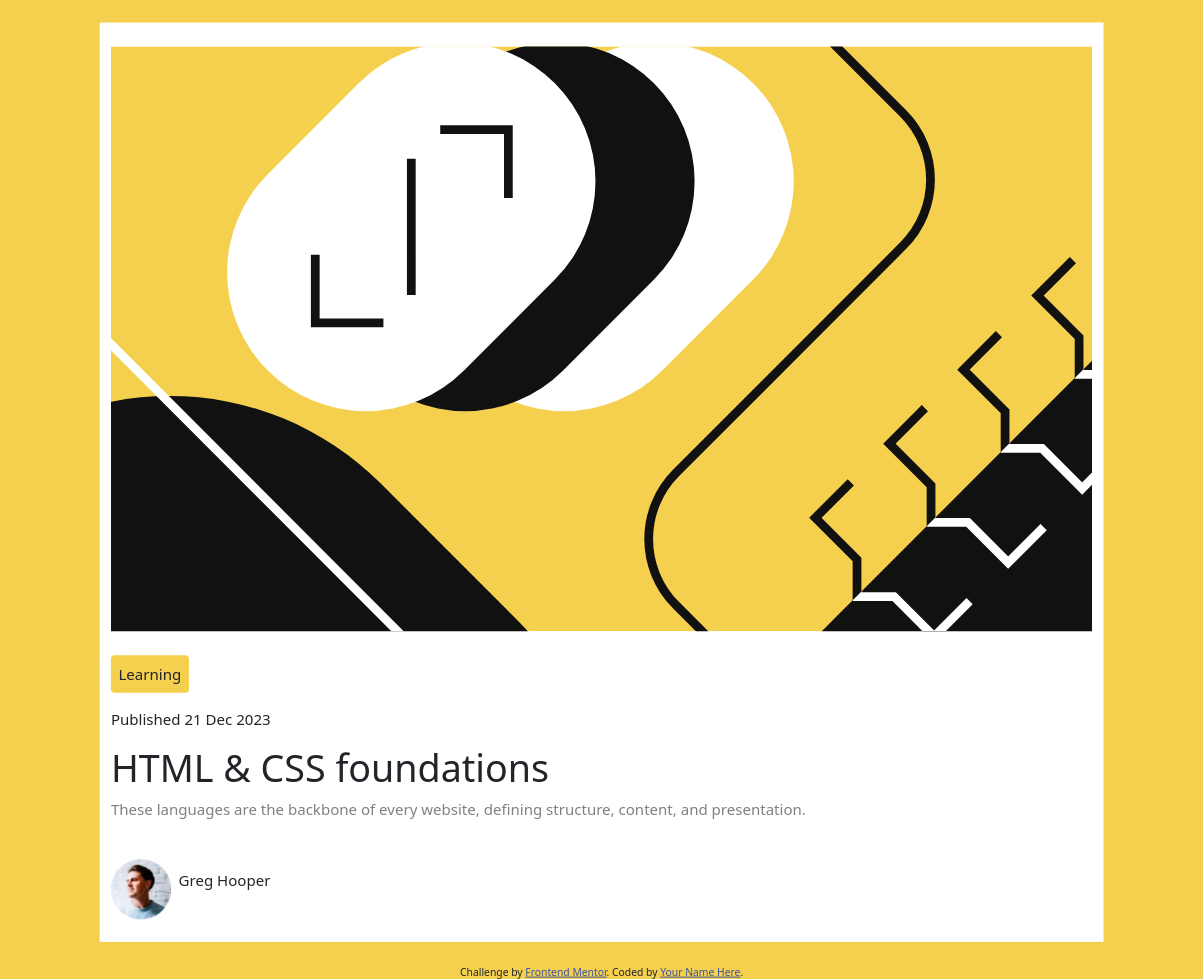
Repository: blordeus/blog-preview-card
Page: index.html
An editor plug-in stored every save of this project. The page is shown before and after the next save, followed by the edit.
The browser window is 1280 px wide. The pictures show the whole page, at 94% of full size.
The style sheet was rebuilt from its Sass, Less or Tailwind sources for each picture, by a compiler version that may differ from the author's.

Above is the page before, as saved 2024-02-10 09:25:23.

After the next save:
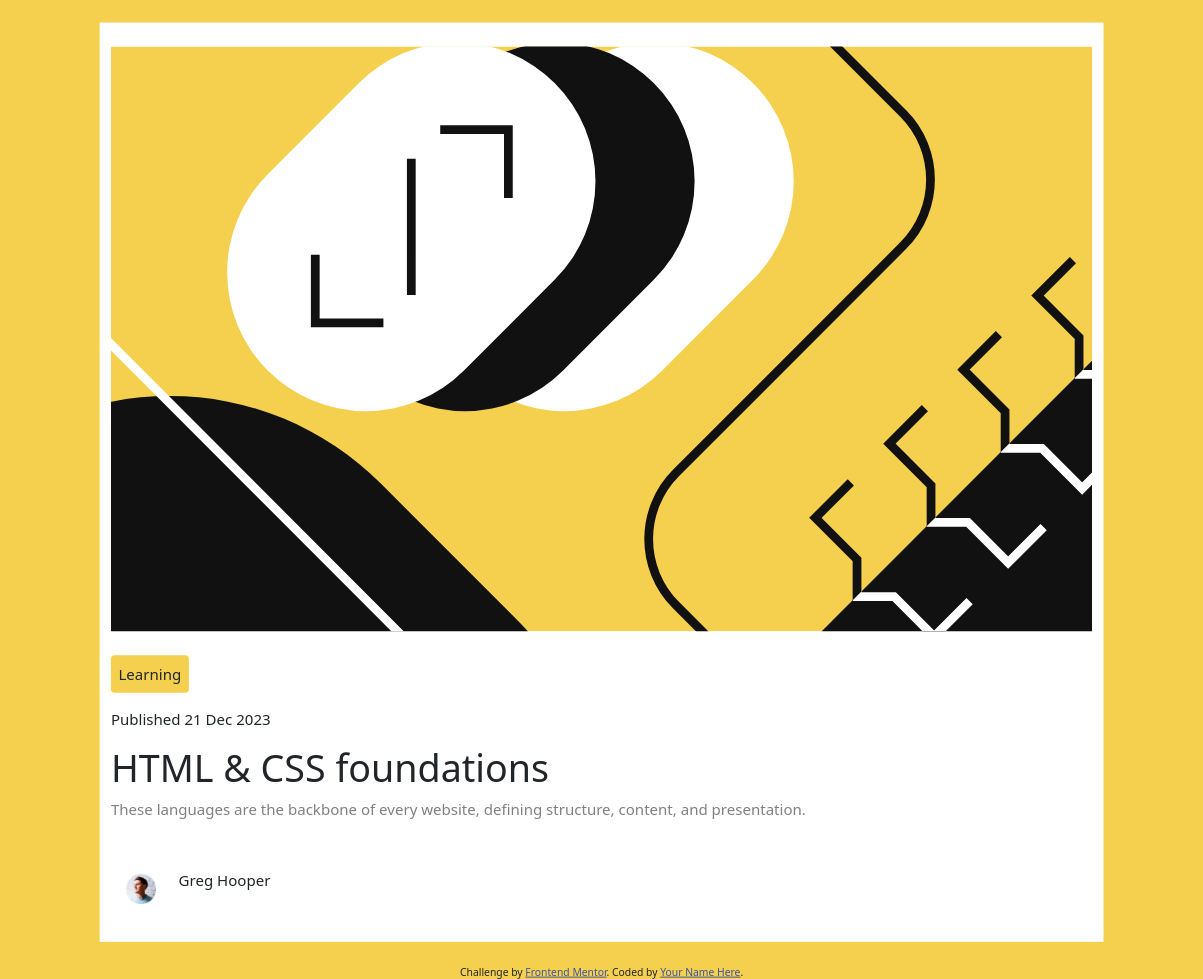
Saved 16 s later.
--- a/index.html
+++ b/index.html
@@ -24,7 +24,7 @@
     <p class="grey-text">These languages are the backbone of every website, defining structure, content, and presentation.</p>
 
     <div class="d-flex gap-2 pt-4 align-items-center">
-      <img class="img-fluid" src="assets\images\image-avatar.webp" alt="author image">
+      <img class="greg" src="assets\images\image-avatar.webp" alt="author image">
       <p class="">Greg Hooper</p>
     </div>
 
